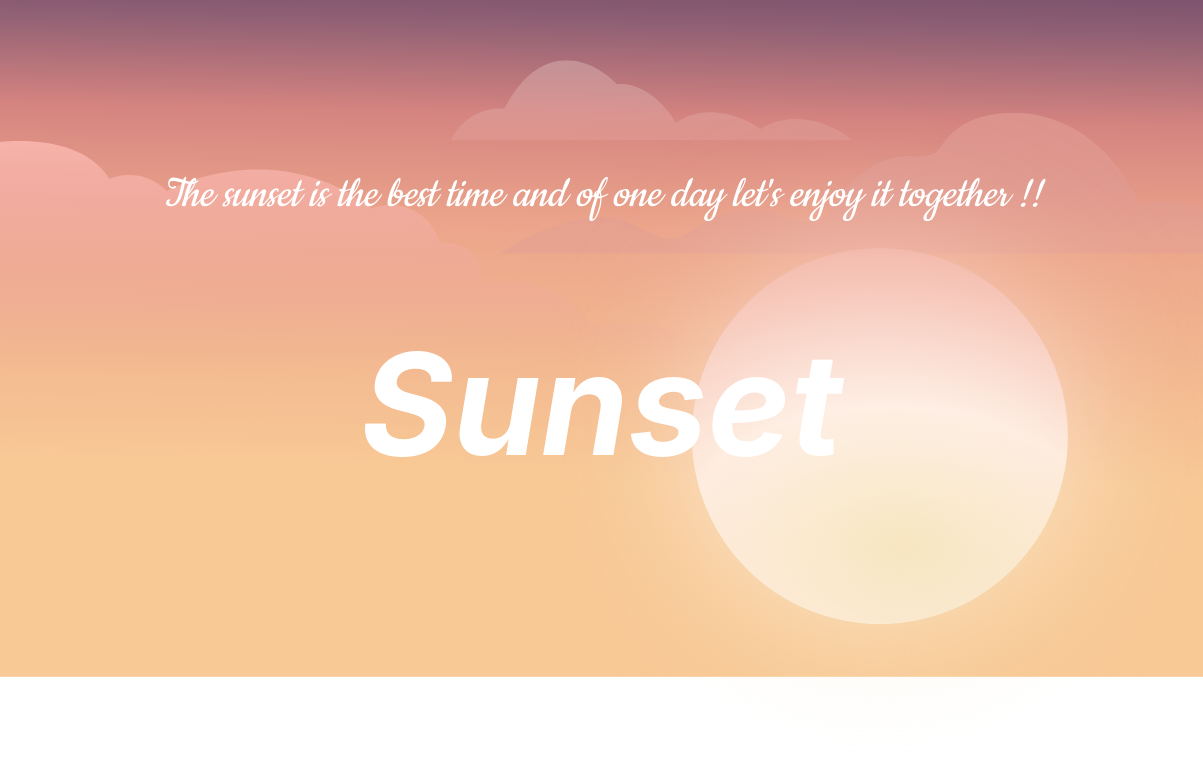
Repository: nambui98/parallax
Page: /
These files come from the project's save history. The page is drawn as it stood at one moment and after the next save; the edit follows.
The browser window is 1280 px wide. The pictures show the whole page, at 94% of full size.
The project was rebuilt for these pictures with package versions that can differ from the ones it lists, and the page was loaded fresh each time. Also part of the build but not shown: vite.config.ts.

Above is the page before, as saved 2022-03-24 11:27:39.

After the next save:
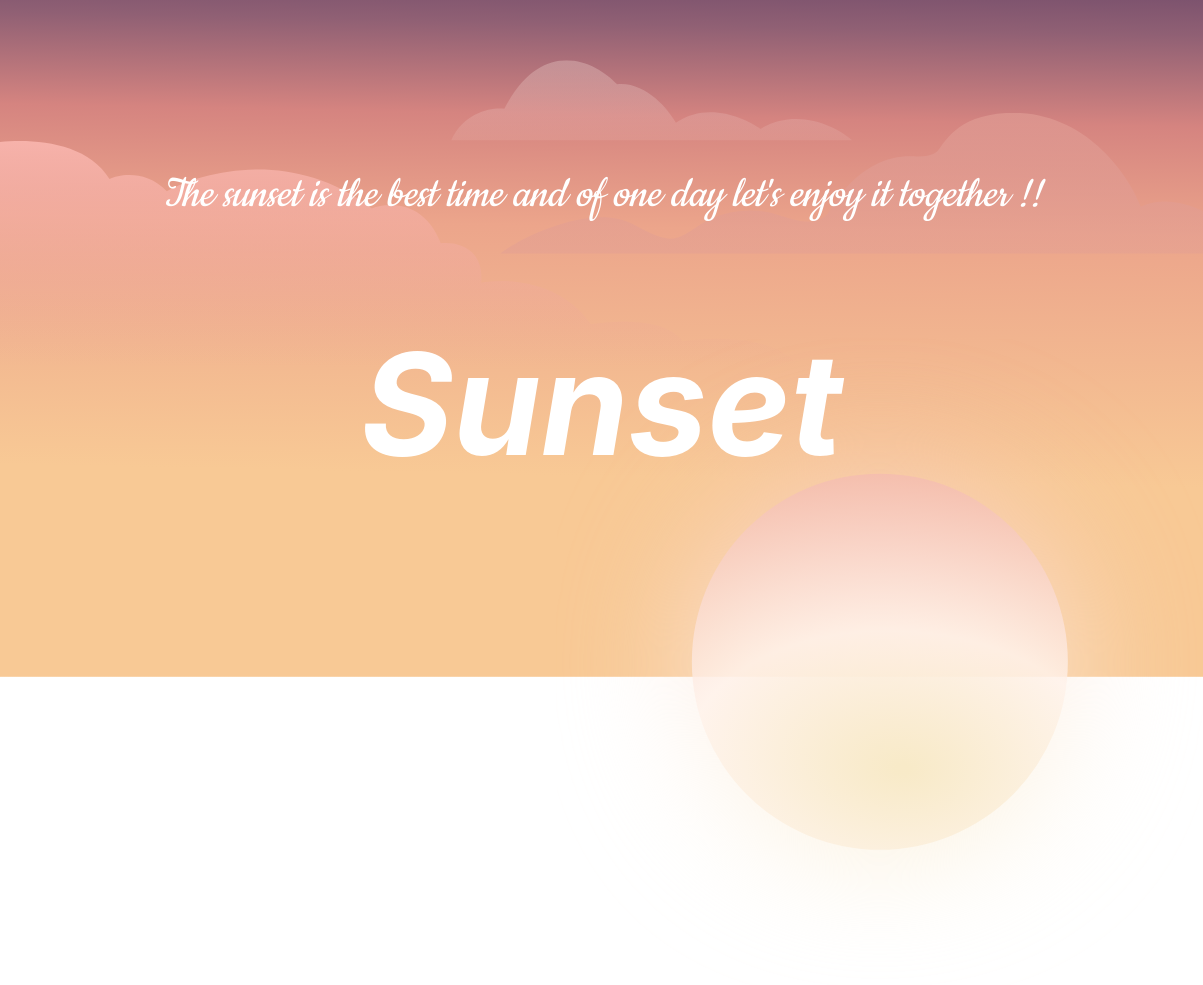
Saved 9 s later.
--- a/src/App.scss
+++ b/src/App.scss
@@ -53,7 +53,7 @@ html{
     }
     &.bg_4{
       right: 0;
-      top: 12rem;
+      top: 50%;
     }
   }
 }
